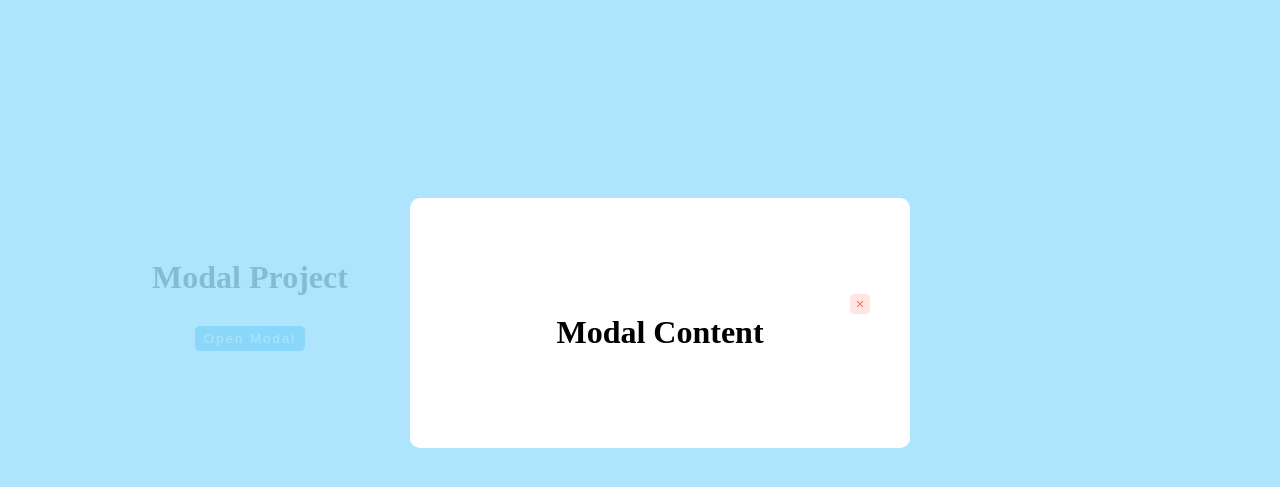
Repository: Trapti10/20-js-practice-projects-in-7-days-challenge
Page: Project_4_Modal_Project/index.html
An editor plug-in stored every save of this project. The page is shown before and after the next save, followed by the edit.
The browser window is 1280 px wide. The pictures show the whole page.

Above is the page before, as saved 2025-11-24 13:55:08.

### Project_4_Modal_Project/index.html
<!DOCTYPE html>
<html lang="en">
<head>
    <meta charset="UTF-8">
    <meta name="viewport" content="width=device-width, initial-scale=1.0">
    <title>Modal Project</title>
    <link rel="stylesheet" href="style.css">
</head>
<body>
    <div class="hero">
     <div class="bg-img"  background-img>

    </div>
    <div class="card">
        <h1>Modal Project</h1>

        <button class="Open">
            Open Modal
        </button>
       </div>
       </div>
       <div class="modal-overlay">
        <div class="madal-container">
            <header></header>
            <img src="assests/close.png" alt="">
            <div class="modalContent">
                <h1>Modal Content</h1>
            </div>
            <footer></footer>
        </div>
       </div>
    <script src="script.js"></script>
</body>
</html>

### Project_4_Modal_Project/style.css
*{
    margin: 0;
    padding: 0;
}
.hero{
    place-items: center;
}
.bg-img{
    height: 100vh;
    background-position: center center;
    background-repeat: no-repeat;
    position: relative;
    background-size: max(2200px, 100vw);
    background-image: url("https://png.pngtree.com/thumb_back/fh260/background/20230714/pngtree-simplicity-in-blue-a-living-room-interior-design-with-decor-and-image_3888158.jpg");
    background-repeat: no-repeat;
    align-items: center;
    margin-top: 0;
    align-items: center;

}

.card{
    position: absolute;
    top: 25%;
    background: white;
    min-height: 250px;
    min-width: 500px;
    display: flex;
    justify-content: center;
    align-items:center ;
    flex-direction: column;
    border: none;
    border-radius: 10px;
    gap: 30px;
}

button{
    height: 25px;
    width: 110px;
    color: white;
    background: rgb(29, 166, 246);
    border: none;
    letter-spacing: 2px;
    border-radius: 5px;
    padding: 0 4px;
}

button:hover{
    background: transparent;
    color: black;
    border: 2px solid rgb(29, 166, 246);
}

.modal-overlay{
    background: rgba(159, 225, 252, 0.84);
    position: fixed;
    top: 0;
    left: 0;
    width: 100%;
    height: 100%;
    place-items:center;
    display: grid;
    transition: 400ms ease;
    padding: 35px 20px;
    /* visibility: visible; */
    /* z-index: -10; */
}

.madal-container{
    position: absolute;
    top: 25%;
    background: white;
    min-height: 250px;
    min-width: 500px;
    /* position: fixed; */
    display: flex;
    justify-content: center;
    align-items:center ;
    flex-direction: column;
    border: none;
    border-radius: 10px;
    gap: 0px;
}

.madal-container img{
    height: 20px;
    right: 0;
    margin-left: 400px ;
    margin-top: 0px;
}

Loaded but not shown: Project_4_Modal_Project/script.js (no stored copy; drawn as an empty file)

After the next save:
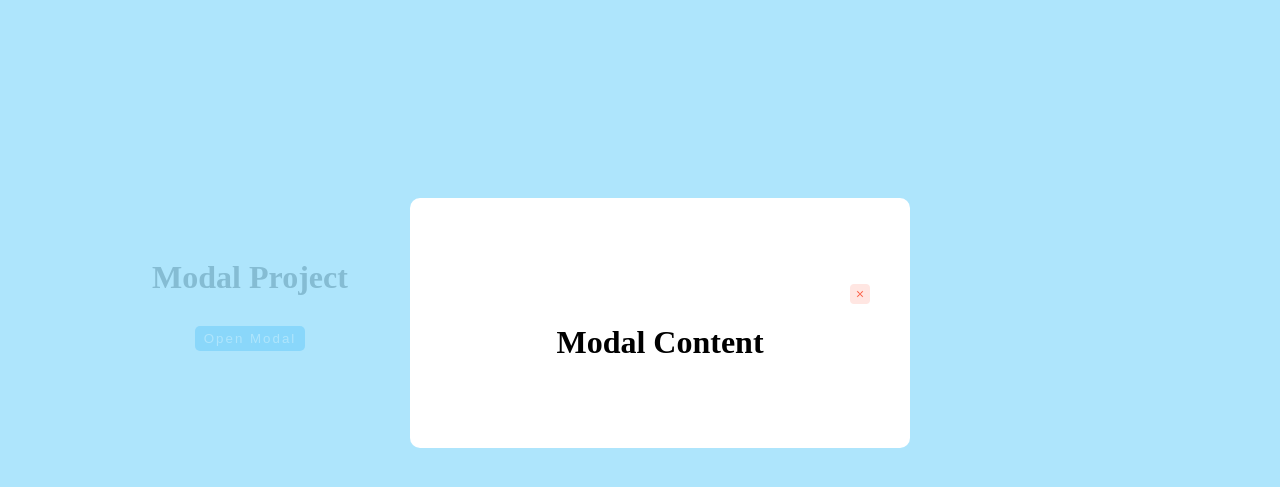
Saved 107 s later.
--- a/Project_4_Modal_Project/style.css
+++ b/Project_4_Modal_Project/style.css
@@ -79,7 +79,7 @@ button:hover{
     flex-direction: column;
     border: none;
     border-radius: 10px;
-    gap: 0px;
+    gap: 20px;
 }
 
 .madal-container img{
